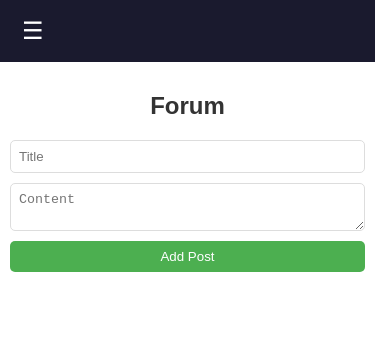
Repository: prachi-d-2/zodiac
Page: /forum (app in client/)
The author's editor kept a copy of each file at every save. The page is drawn from the files as they stood at one save, then again after the next save.
The browser window is 375 px wide. The page is 375 px wide, then 382 px, so the pictures cover 382 px, including what lies to the right of the window. The pictures show the whole page.
The page's requests for data from a server got no answer. The project was rebuilt for these pictures with package versions that can differ from the ones it lists, and the page was loaded fresh each time. No one was signed in, and anything a server would have sent is missing. Also part of the build but not shown: client/src/components/Home.css, client/src/components/Home.js, client/src/services/authService.js, client/src/components/LoginRegister.css, client/src/components/LoginRegister.js, client/src/components/Profile.css, client/src/components/Profile.js, client/src/components/Horoscope.js and 2 more.

Above is the page before, as saved 2024-11-07 23:24:38.

After the next save:
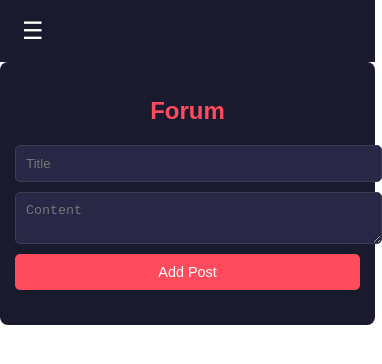
Saved 2 min 12 s later.
--- a/client/src/components/Forum.css
+++ b/client/src/components/Forum.css
@@ -4,11 +4,15 @@
   margin: 0 auto;
   padding: 20px;
   font-family: Arial, sans-serif;
+  background-color: #1a1a2e;
+  color: #ffffff;
+  border-radius: 8px;
 }
 
 h2 {
   text-align: center;
-  color: #333;
+  color: #ff4b5c;
+  margin-bottom: 20px;
 }
 
 .post-form {
@@ -19,65 +23,106 @@ h2 {
 }
 
 .post-form input,
-.post-form textarea,
-.post-form button {
+.post-form textarea {
+  width: 100%;
   padding: 10px;
   border-radius: 5px;
-  border: 1px solid #ddd;
+  border: 1px solid #3c3c4e;
+  background-color: #282846;
+  color: #ffffff;
+  outline: none;
 }
 
 .post-form button {
-  background-color: #4CAF50;
-  color: white;
+  background-color: #ff4b5c;
+  color: #ffffff;
+  border: none;
   cursor: pointer;
-  border: none;
-  transition: background-color 0.3s;
+  padding: 10px;
+  width: 100%;
+  font-size: 1rem;
+  border-radius: 5px;
+  transition: background-color 0.3s ease;
 }
 
 .post-form button:hover {
-  background-color: #45a049;
+  background-color: #ff6f7b;
 }
 
 .error-message {
-  color: red;
+  color: #ff4b5c;
   text-align: center;
   margin-bottom: 10px;
 }
 
+.posts {
+  margin-top: 20px;
+}
+
 .post {
-  background-color: #f9f9f9;
+  background-color: #282846;
   padding: 15px;
-  margin: 10px 0;
+  margin-top: 15px;
   border-radius: 5px;
+  transition: background-color 0.3s;
   cursor: pointer;
-  transition: background-color 0.3s;
 }
 
 .post:hover {
-  background-color: #f1f1f1;
+  background-color: #3c3c4e;
 }
 
 .post h3 {
-  margin: 0;
-  color: #333;
+  color: #ff4b5c;
+  font-size: 1.2rem;
+  margin: 0 0 10px;
 }
 
 .post p {
-  color: #555;
+  color: #b3b3cc;
+  font-size: 1rem;
+  line-height: 1.5;
+  white-space: nowrap;
   overflow: hidden;
   text-overflow: ellipsis;
-  white-space: nowrap;
   max-width: 100%;
 }
 
+.post-actions {
+  display: flex;
+  justify-content: space-between;
+  margin-top: 10px;
+}
+
+.post-actions span {
+  color: #ff4b5c;
+  cursor: pointer;
+  font-size: 0.9rem;
+  display: inline-flex;
+  align-items: center;
+  gap: 5px;
+  transition: color 0.3s;
+}
+
+.post-actions span:hover {
+  color: #ff6f7b;
+}
+
+/* Mobile Responsive */
 @media (max-width: 600px) {
   .forum-container {
-    padding: 10px;
+    padding: 15px;
   }
 
-  .post-form input,
-  .post-form textarea,
   .post-form button {
-    padding: 8px;
+    font-size: 0.9rem;
+  }
+
+  .post h3 {
+    font-size: 1rem;
+  }
+
+  .post p {
+    font-size: 0.9rem;
   }
 }
